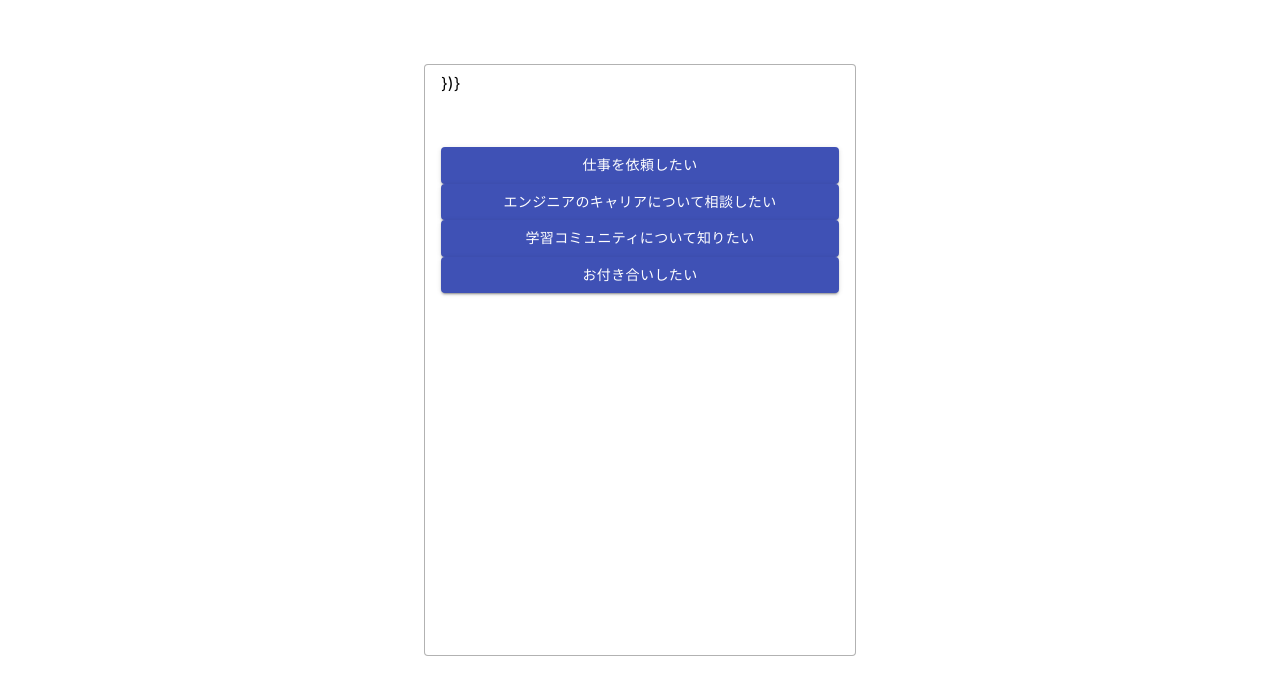
Repository: ShunsukeTanizaki/chatbot-demo
Page: /
The author's editor kept a copy of each file at every save. The page is drawn from the files as they stood at one save, then again after the next save.
The browser window is 1280 px wide. The pictures show the whole page.
The project was rebuilt for these pictures with package versions that can differ from the ones it lists, and the page was loaded fresh each time. Also part of the build but not shown: src/components/Chat.jsx.

Above is the page before, as saved 2020-10-20 23:26:38.

After the next save:
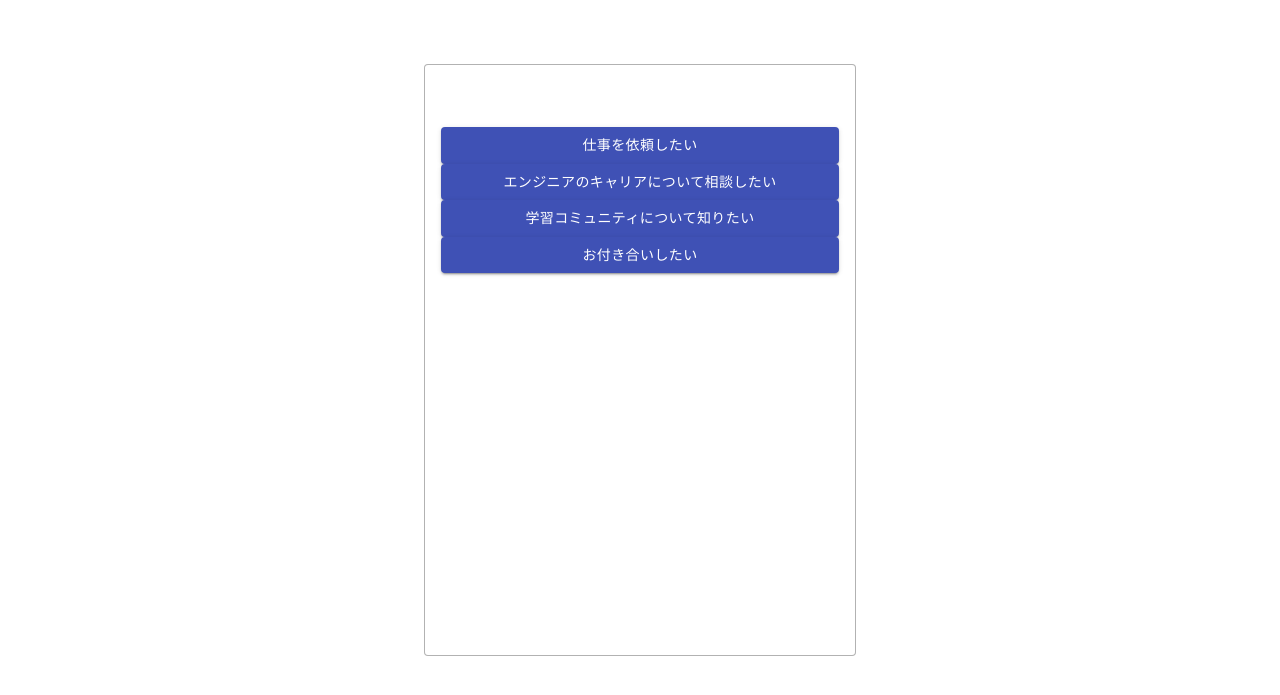
Saved 16 s later.
--- a/src/components/Chats.jsx
+++ b/src/components/Chats.jsx
@@ -18,7 +18,7 @@
         <List className={classes.root}>
             {/* {props.chats.map((chat, index) => { */}
                 {/* return <Chat text={chat.text} type={chat.type} key={index.toString()} /> */}
-            })}
+            {/* })} */}
         </List>
     )
 }
